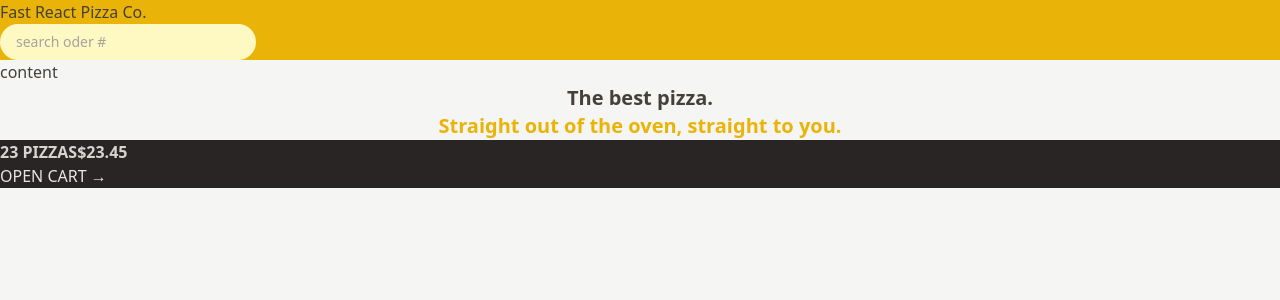
Repository: ayakhaled0001/pizza-delivery
Page: /
The author's editor kept a copy of each file at every save. The page is drawn from the files as they stood at one save, then again after the next save.
The browser window is 1280 px wide. The pictures show the whole page.
The project was rebuilt for these pictures with package versions that can differ from the ones it lists, and the page was loaded fresh each time. Also part of the build but not shown: vite.config.js, src/services/apiRestaurant.jsx, src/utilities/helpers.jsx, src/features/menu/MenuItem.jsx, src/features/menu/Menu.jsx, src/features/cart/Cart.jsx, src/features/order/Order.jsx, src/ui/Loader.jsx and 1 more. Imported but missing from the stored project, and not drawn on this page: src/features/order/CreateOrder.

Above is the page before, as saved 2025-05-01 02:15:23.

After the next save:
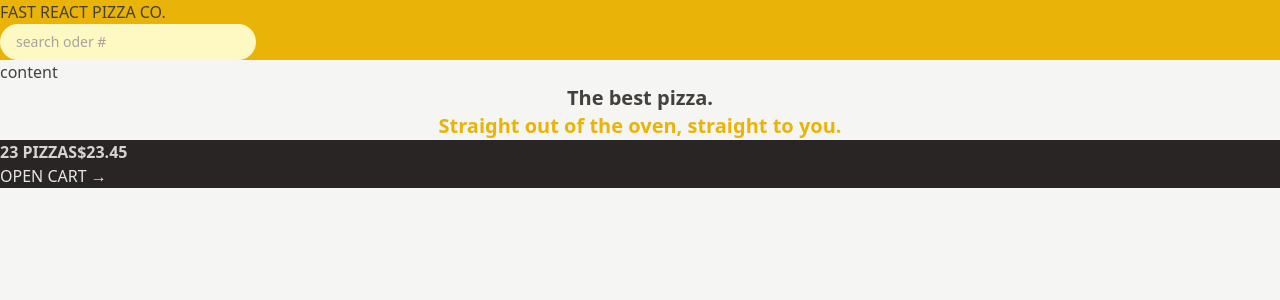
Saved 7 s later.
--- a/src/ui/Header.jsx
+++ b/src/ui/Header.jsx
@@ -3,7 +3,7 @@ import SearchOrder from "../features/order/SearchOrder.jsx";
 
 function Header() {
   return (
-    <header className="bg-yellow-500">
+    <header className="bg-yellow-500 uppercase">
       <Link to="/">Fast React Pizza Co.</Link>
       <SearchOrder />
     </header>
